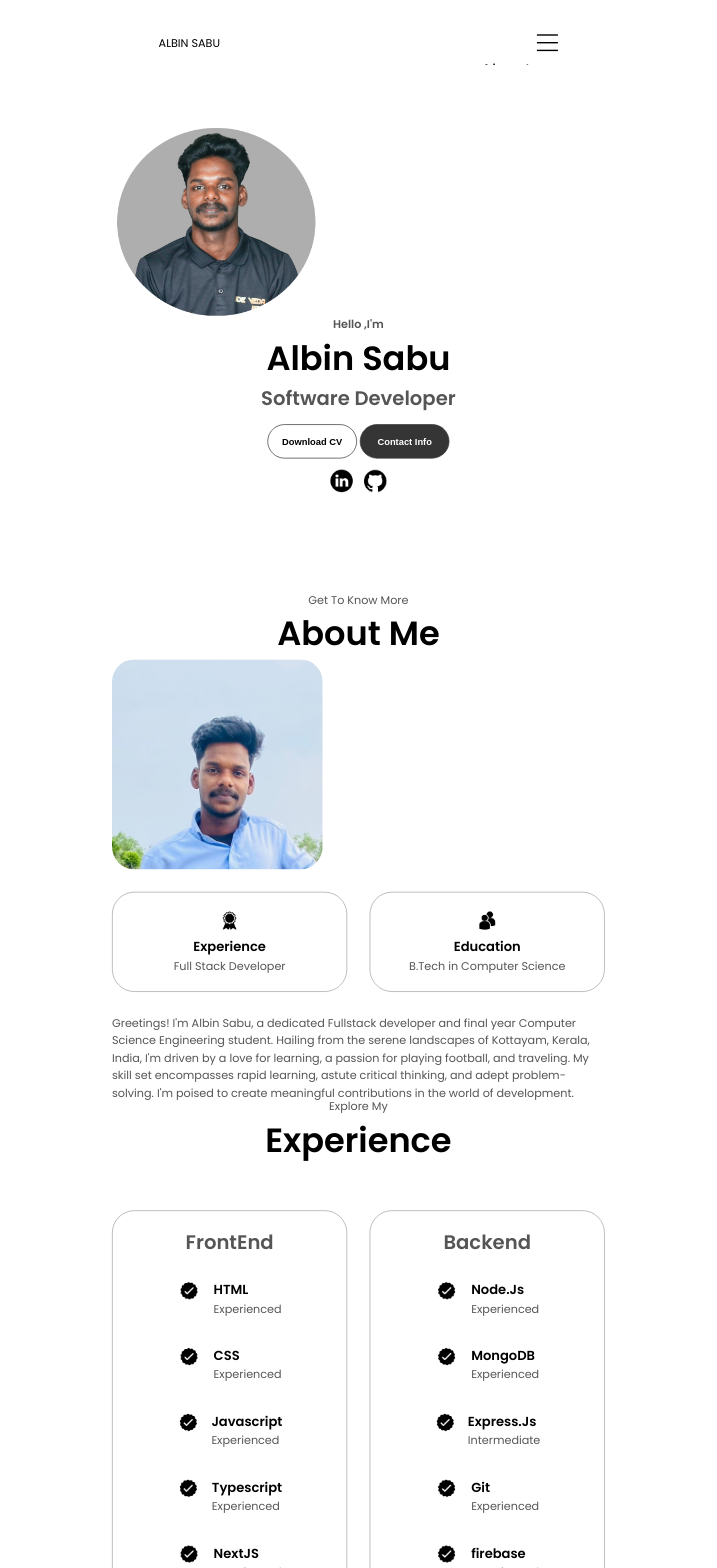
Repository: albinsabu2023/albinsabu
Page: index.html
These files come from the project's save history. The page is drawn as it stood at one moment and after the next save; the edit follows.
The browser window is 1024 px wide. The pictures show the part of the page from y = 0 to 2240 px (the page is 3733 px tall before and 3503 px after), at 70% of full size.
A picture or video elsewhere on the page could not be fetched, so the positions and the page height are approximate.

Above is the page before, as saved 2023-08-30 14:12:49.

After the next save:
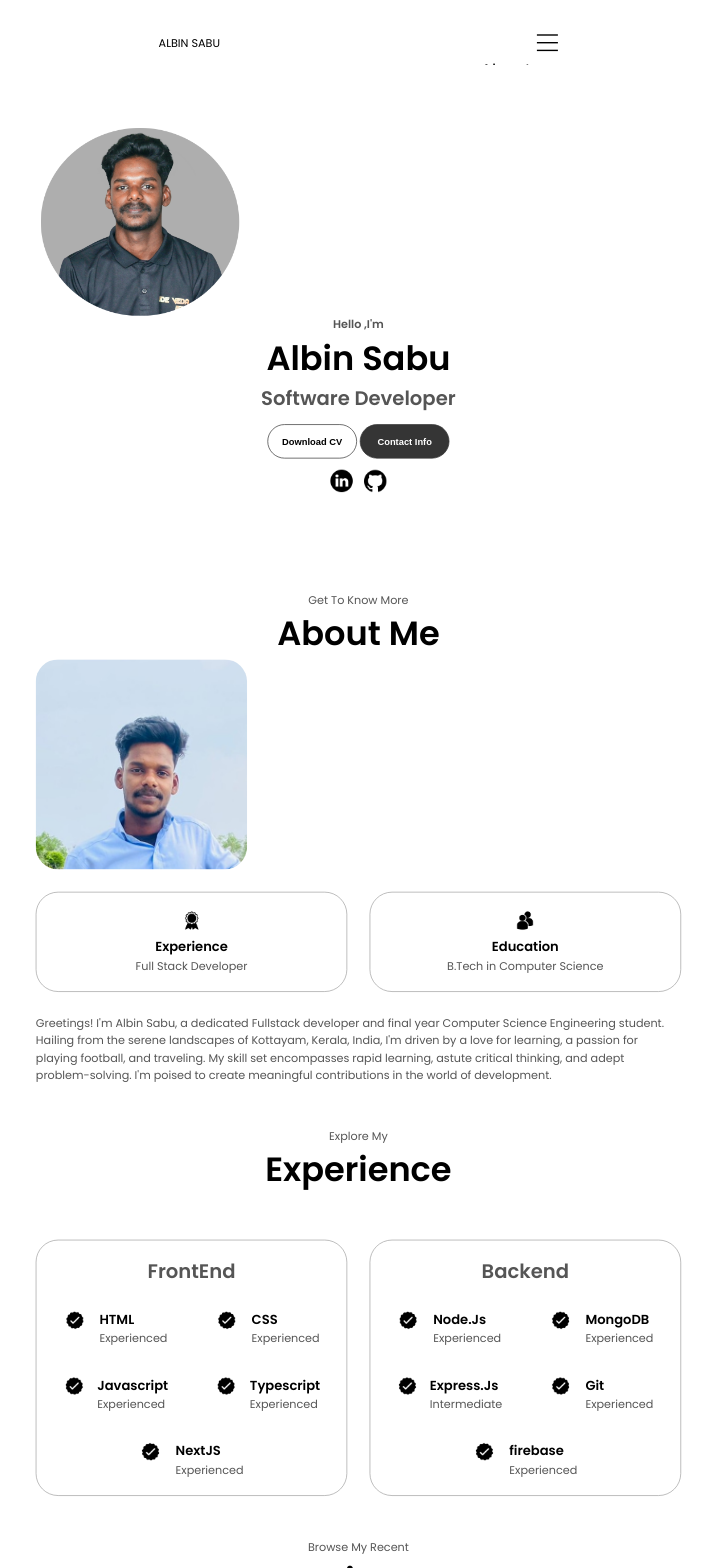
Saved 27 s later.
--- a/mediaqueries.css
+++ b/mediaqueries.css
@@ -26,7 +26,10 @@
     }
 
     section,.section-container{
-
+        height:fit-content;
+    }
+    section{
+        margin: 0 5%;
     }
 
 }
